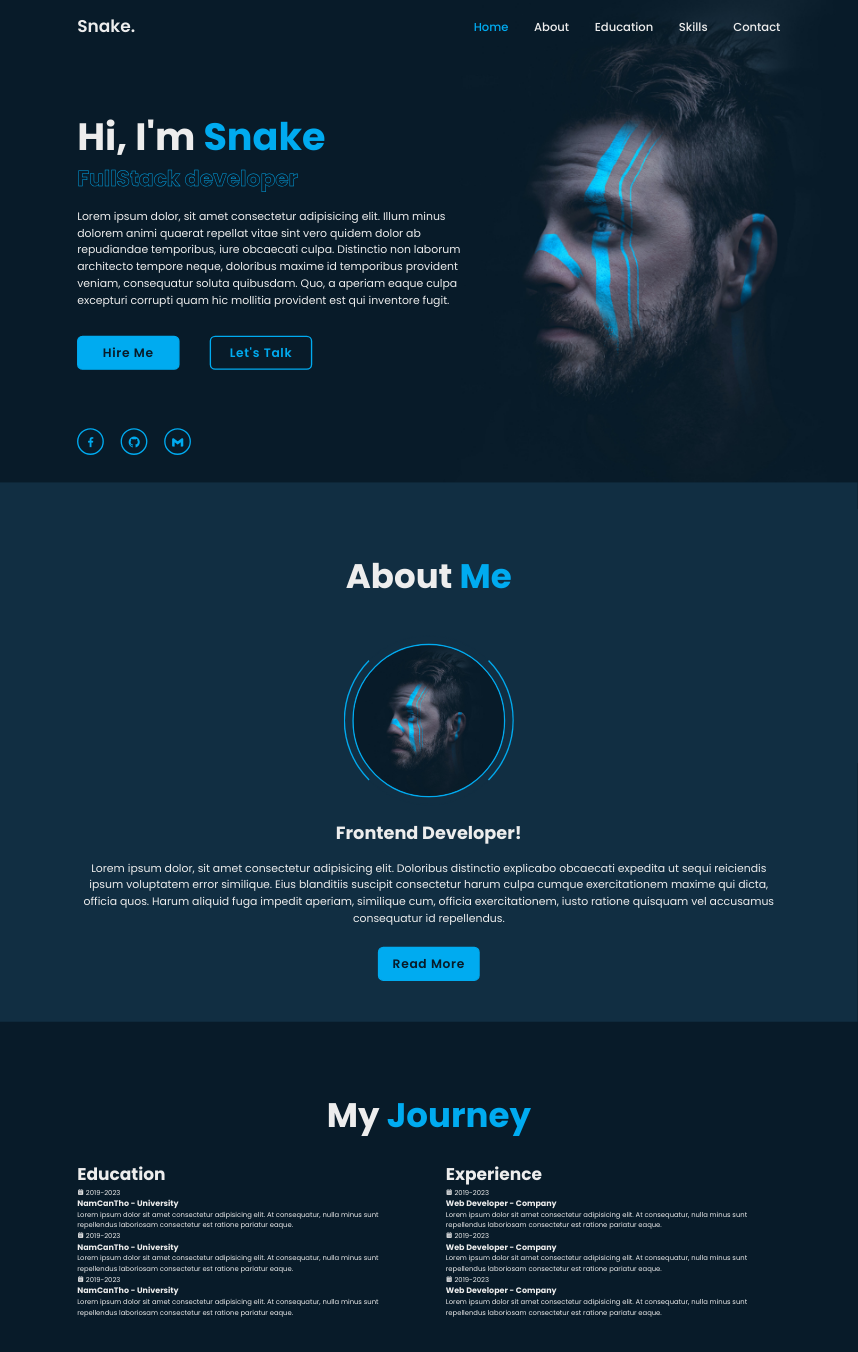
Repository: Tanty102/About_Me
Page: index.html
An editor plug-in stored every save of this project. The page is shown before and after a run of saves, followed by the edit.
The browser window is 1280 px wide. The pictures show the whole page, at 67% of full size.

Above is the page before, as saved 2023-09-12 18:33:39.

After the next 2 saves:
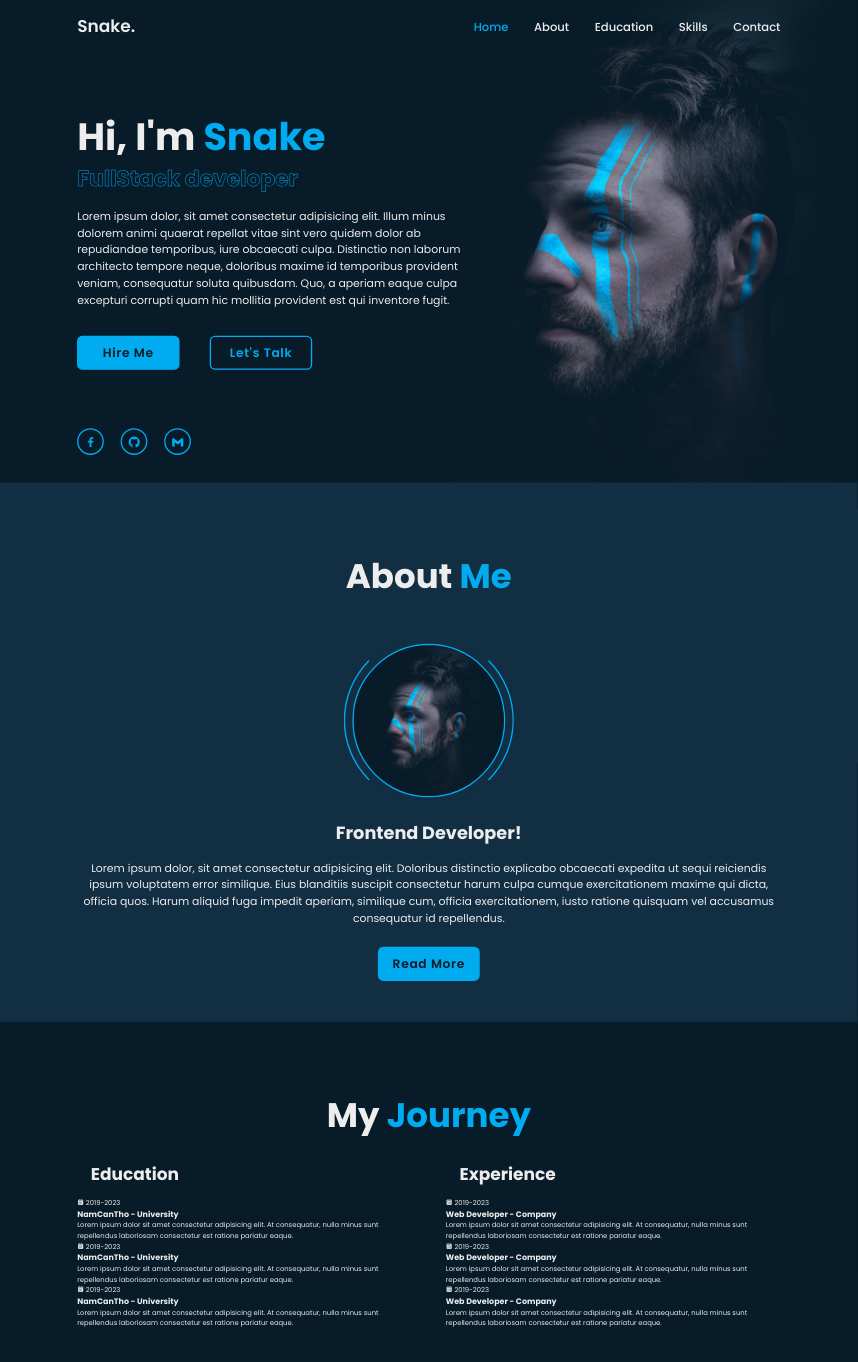
The 2 saves are shown as one change because they came seconds apart.
The last was saved 7 s later.
--- a/style.css
+++ b/style.css
@@ -319,5 +319,5 @@ span {
 
 .education-column .title {
   font-size: 2.5rem;
-  mar
-}
+  margin: 0 0 1.5rem 2rem;
+}
